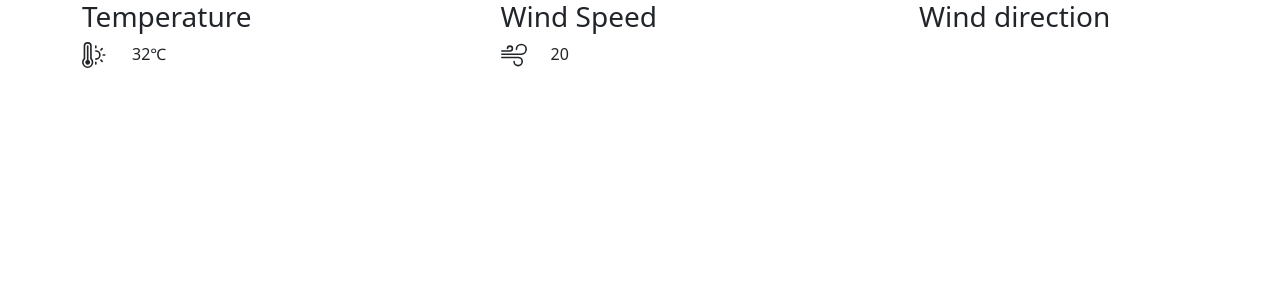
Repository: Saiyamjain-100/weather-app
Page: src/component/new.html
The author's editor kept a copy of each file at every save. The page is drawn from the files as they stood at one save, then again after the next save.
The browser window is 1280 px wide. The pictures show the whole page.

Above is the page before, as saved 2022-05-18 14:31:08.

### src/component/new.html
<!DOCTYPE html>
<html lang="en">
<head>
    <meta charset="UTF-8">
    <meta http-equiv="X-UA-Compatible" content="IE=edge">
    <meta name="viewport" content="width=device-width, initial-scale=1.0">

    <link href="https://cdn.jsdelivr.net/npm/bootstrap@5.2.0-beta1/dist/css/bootstrap.min.css" rel="stylesheet" integrity="sha384-0evHe/X+R7YkIZDRvuzKMRqM+OrBnVFBL6DOitfPri4tjfHxaWutUpFmBp4vmVor" crossorigin="anonymous">
    <title>Document</title>
</head>
<body>
    <script src="https://cdn.jsdelivr.net/npm/bootstrap@5.2.0-beta1/dist/js/bootstrap.bundle.min.js" integrity="sha384-pprn3073KE6tl6bjs2QrFaJGz5/SUsLqktiwsUTF55Jfv3qYSDhgCecCxMW52nD2" crossorigin="anonymous"></script>

    <div class="container">
        <div class="d-flex justify-content-between">
            <div class="col-md-3">
                <h3>Temperature</h3>
                <div class="d-flex justify-content-start">
                    <svg xmlns="http://www.w3.org/2000/svg" width="26" height="26" fill="currentColor" class="bi bi-thermometer-sun" viewBox="0 0 16 16">
                        <path d="M5 12.5a1.5 1.5 0 1 1-2-1.415V2.5a.5.5 0 0 1 1 0v8.585A1.5 1.5 0 0 1 5 12.5z"/>
                        <path d="M1 2.5a2.5 2.5 0 0 1 5 0v7.55a3.5 3.5 0 1 1-5 0V2.5zM3.5 1A1.5 1.5 0 0 0 2 2.5v7.987l-.167.15a2.5 2.5 0 1 0 3.333 0L5 10.486V2.5A1.5 1.5 0 0 0 3.5 1zm5 1a.5.5 0 0 1 .5.5v1a.5.5 0 0 1-1 0v-1a.5.5 0 0 1 .5-.5zm4.243 1.757a.5.5 0 0 1 0 .707l-.707.708a.5.5 0 1 1-.708-.708l.708-.707a.5.5 0 0 1 .707 0zM8 5.5a.5.5 0 0 1 .5-.5 3 3 0 1 1 0 6 .5.5 0 0 1 0-1 2 2 0 0 0 0-4 .5.5 0 0 1-.5-.5zM12.5 8a.5.5 0 0 1 .5-.5h1a.5.5 0 1 1 0 1h-1a.5.5 0 0 1-.5-.5zm-1.172 2.828a.5.5 0 0 1 .708 0l.707.708a.5.5 0 0 1-.707.707l-.708-.707a.5.5 0 0 1 0-.708zM8.5 12a.5.5 0 0 1 .5.5v1a.5.5 0 0 1-1 0v-1a.5.5 0 0 1 .5-.5z"/>
                      </svg>
                    <p class="mx-4"style="text-size-adjust: 20px;">32<span>&#8451;</span></p>
                </div>
            </div>
            <div class="col-md-3">
                <h3>Wind Speed</h3>
                <div class="d-flex justify-content-start">
                    <svg xmlns="http://www.w3.org/2000/svg" width="26" height="26" fill="currentColor" class="bi bi-wind" viewBox="0 0 16 16">
                        <path d="M12.5 2A2.5 2.5 0 0 0 10 4.5a.5.5 0 0 1-1 0A3.5 3.5 0 1 1 12.5 8H.5a.5.5 0 0 1 0-1h12a2.5 2.5 0 0 0 0-5zm-7 1a1 1 0 0 0-1 1 .5.5 0 0 1-1 0 2 2 0 1 1 2 2h-5a.5.5 0 0 1 0-1h5a1 1 0 0 0 0-2zM0 9.5A.5.5 0 0 1 .5 9h10.042a3 3 0 1 1-3 3 .5.5 0 0 1 1 0 2 2 0 1 0 2-2H.5a.5.5 0 0 1-.5-.5z"/>
                      </svg>
                    <p class="mx-4"style="text-size-adjust: 20px;">20</p>
                </div>
            </div>
            <div class="col-md-3">
                <h3>Wind direction</h3>

            </div>
        </div>
    </div>
</body>
</html>

After the next save:
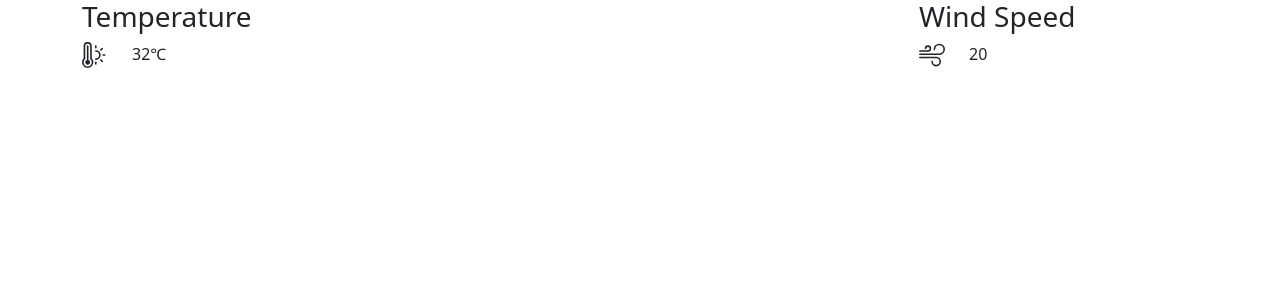
Saved 7 s later.
--- a/src/component/new.html
+++ b/src/component/new.html
@@ -32,10 +32,6 @@
                     <p class="mx-4"style="text-size-adjust: 20px;">20</p>
                 </div>
             </div>
-            <div class="col-md-3">
-                <h3>Wind direction</h3>
-
-            </div>
         </div>
     </div>
 </body>
